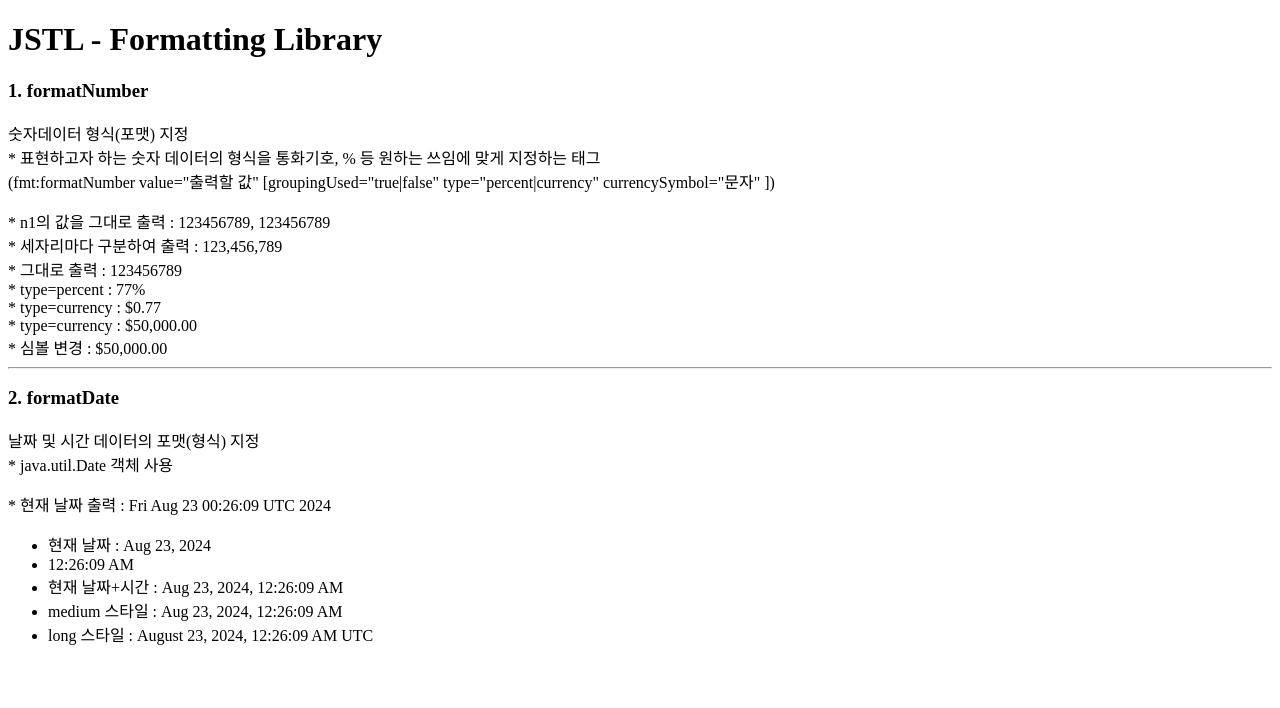
Repository: hailey-516/servlet
Page: http://localhost/3_elAction/views/3_Custom_Action/02_fmt.jsp
An editor plug-in stored every save of this project. The page is shown before and after the next save, followed by the edit.
The browser window is 1280 px wide. The pictures show the whole page.
The page is served by Tomcat 9. Other server files are loaded and not shown.

Above is the page before, as saved 2024-08-28 02:04:28.

### 3_elAction/src/main/webapp/views/3_Custom_Action/02_fmt.jsp
<%@ page language="java" contentType="text/html; charset=UTF-8"
    pageEncoding="UTF-8"%>
<%@ taglib prefix="c" uri="http://java.sun.com/jsp/jstl/core" %>
<%@ taglib prefix="fmt" uri="http://java.sun.com/jsp/jstl/fmt" %>
<!DOCTYPE html>
<html>
<head>
<meta charset="UTF-8">
<title>JSTL - fmt</title>
</head>
<body>
	<h1>JSTL - Formatting Library</h1>

	<h3>1. formatNumber</h3>
	<p>
		숫자데이터 형식(포맷) 지정 <br>
		* 표현하고자 하는 숫자 데이터의 형식을 통화기호, % 등 원하는 쓰임에 맞게 지정하는 태그 <br>

		(fmt:formatNumber value="출력할 값" [groupingUsed="true|false"
											type="percent|currency"
											currencySymbol="문자"
										])
	</p>

	<%-- n1, n2, n3 변수에 각각 123456789, 0.77, 50000이라는 값을 저장 --%>
	<c:set var="n1" value="123456789" />
	<c:set var="n2" value="0.77" />
	<c:set var="n3" value="50000" />

	* n1의 값을 그대로 출력 : <c:out value="${ n1 }" />, ${ n1 } <br>
	* 세자리마다 구분하여 출력 : <fmt:formatNumber value="${ n1 }" />
	<%-- groupingUsed 속성의 기본값: true --%> <br>
	* 그대로 출력 : <fmt:formatNumber value="${ n1 }" groupingUsed="false" /> <br>

	* type=percent : <fmt:formatNumber value="${ n2 }" type="percent" /> <br>
	* type=currency : <fmt:formatNumber value="${ n2 }" type="currency" /> <br>

	* type=currency : <fmt:formatNumber value="${ n3 }" type="currency" /> <br>
	* 심볼 변경 : <fmt:formatNumber value="${ n3 }" type="currency" currencySymbol="$" /> <br>

	<hr>

	<h3>2. formatDate</h3>
	<p>
		날짜 및 시간 데이터의 포맷(형식) 지정 <br>
		* java.util.Date 객체 사용
	</p>

	<%-- today라는 변수에 현재 날짜 데이터를 저장 --%>
	<c:set var="today" value="<%= new java.util.Date() %>" />

	* 현재 날짜 출력 : ${ today }<br>
	<ul>
		<li>
			현재 날짜 : <fmt:formatDate value="${ today }"/>
			<%-- type 속성 생략 시 날짜만 출력 --%>
		</li>
		<li>
			<fmt:formatDate value="${ today }" type="time" />
		</li>
		<li>
			현재 날짜+시간 : <fmt:formatDate value="${ today }" type="both" />
		</li>
		<li>
			medium 스타일 : <fmt:formatDate value="${ today }" type="both" dateStyle="medium" timeStyle="medium"/>
		</li>
		<li>
			long 스타일 : <fmt:formatDate value="${ today }" type="both" dateStyle="long" timeStyle="long"/>
		</li>
	</ul>
</body>
</html>

After the next save:
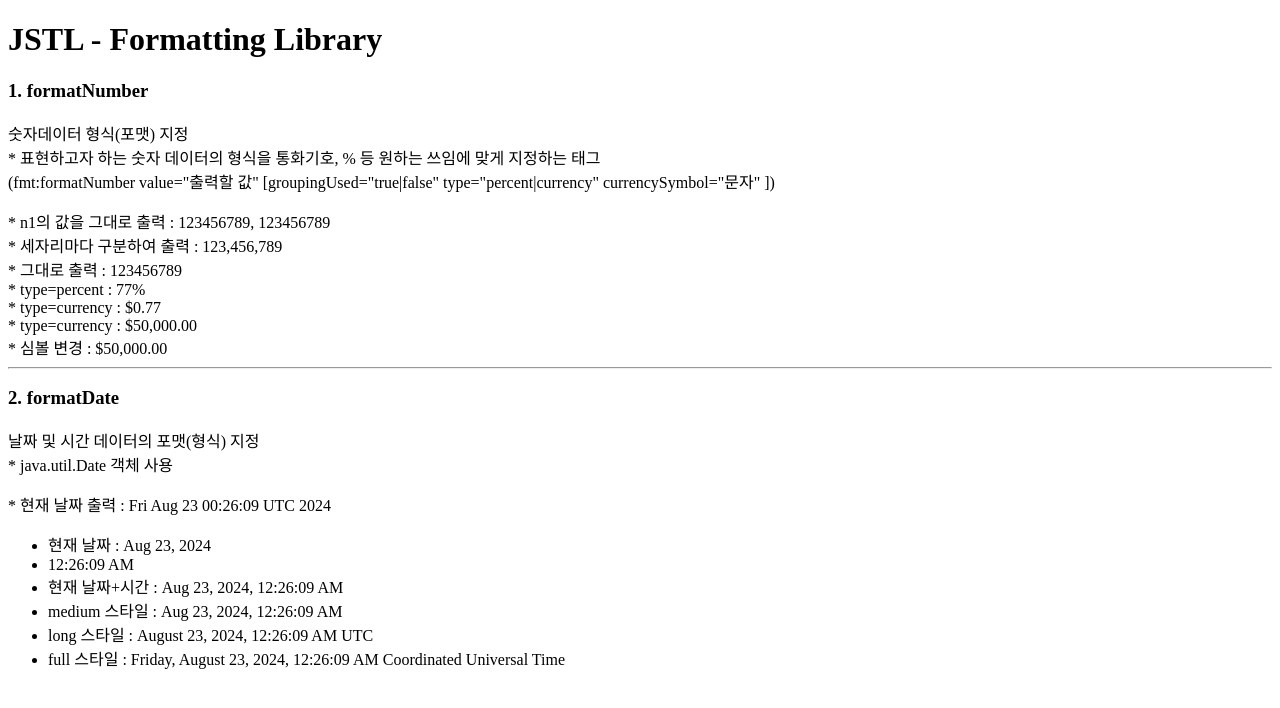
Saved 65 s later.
--- a/3_elAction/src/main/webapp/views/3_Custom_Action/02_fmt.jsp
+++ b/3_elAction/src/main/webapp/views/3_Custom_Action/02_fmt.jsp
@@ -67,6 +67,9 @@
 		<li>
 			long 스타일 : <fmt:formatDate value="${ today }" type="both" dateStyle="long" timeStyle="long"/>
 		</li>
+		<li>
+			full 스타일 : <fmt:formatDate value="${ today }" type="both" dateStyle="full" timeStyle="full"/>
+		</li>
 	</ul>
 </body>
 </html>
